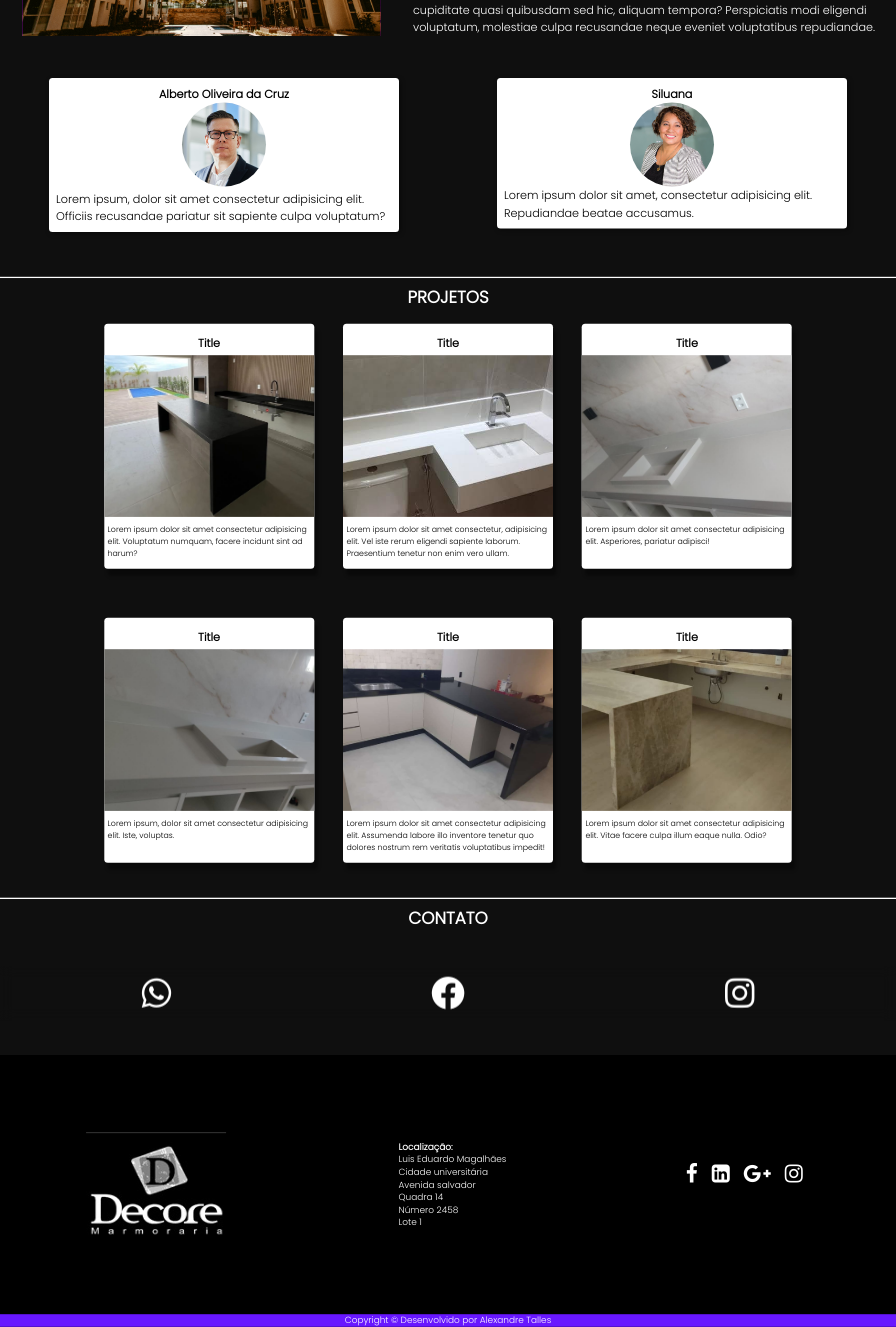
Repository: XFERRER7/projeto-xt7
Page: projetoMarmoraria/index.html
The author's editor kept a copy of each file at every save. The page is drawn from the files as they stood at one save, then again after the next save.
The browser window is 1280 px wide. The pictures show the part of the page from y = 1068 to 2988 px (the page is 2964 px tall before and 2988 px after), at 70% of full size.
Some web libraries are served in a nearby version.

Above is the page before, as saved 2022-05-09 18:42:40.

### projetoMarmoraria/index.html
<!DOCTYPE html>
<html lang="pt-br">

<head>
  <meta charset="UTF-8">
  <meta http-equiv="X-UA-Compatible" content="IE=edge">
  <meta name="viewport" content="width=device-width, initial-scale=1.0">
  <title>Marmoraria Decore</title>
  <link rel="stylesheet" href="css/style.css">
  <link rel="stylesheet" href="https://cdnjs.cloudflare.com/ajax/libs/font-awesome/6.1.1/css/all.min.css"
    integrity="sha512-KfkfwYDsLkIlwQp6LFnl8zNdLGxu9YAA1QvwINks4PhcElQSvqcyVLLD9aMhXd13uQjoXtEKNosOWaZqXgel0g=="
    crossorigin="anonymous" referrerpolicy="no-referrer" />
  <link rel="stylesheet" href="https://cdnjs.cloudflare.com/ajax/libs/font-awesome/6.1.1/css/solid.min.css"
    integrity="sha512-qzgHTQ60z8RJitD5a28/c47in6WlHGuyRvMusdnuWWBB6fZ0DWG/KyfchGSBlLVeqAz+1LzNq+gGZkCSHnSd3g=="
    crossorigin="anonymous" referrerpolicy="no-referrer" />
  <link rel="stylesheet" href="https://cdnjs.cloudflare.com/ajax/libs/font-awesome/4.7.0/css/font-awesome.min.css" />

</head>

<body>

  <!-- ----------------------------------------------------------------------------------------------------------------- -->


  <!-- HEADER -->
  <header>
    <nav>
      <a class="logo" href="#">MARMORARIA <span id="decore">DECORE</span></a>
      <div class="mobile-menu">
        <div class="line1"></div>
        <div class="line2"></div>
        <div class="line3"></div>
      </div>
      <ul class="nav-list">
        <li><a href="#">Início</a></li>
        <li><a href="#">Sobre</a></li>
        <li><a href="#">Projetos</a></li>
        <li><a href="#">Contato</a></li>
      </ul>
    </nav>
    <div class="hero-section">
      <div class="hero-section-text">
        <h1 id="titulo-header">MARMORES SOB MEDIDA</h1>
        <p id="paragrafo-header">Lorem ipsum, dolor sit amet consectetur adipisicing elit.</p>
      </div>
    </div>
  </header>
  <!-- FIM DO HEADER -->


  <!-- ----------------------------------------------------------------------------------------------------------------- -->


  <!-- MAIN -->
  <main>

    <!-- SECTION B -->
    <section class="section-b">
      <h1 id="section-b-h1">SOBRE</h1>


      <!-- SOBRE PARA CELULAR -->
      <div class="cel">
        <div class="card" id="card-1"></div>
        <p class="text-sobre">Lorem ipsum dolor sit amet consectetur adipisicing elit. Aspernatur maxime illo architecto
          repellendus. Voluptatum ab magnam nihil suscipit, error quod iste dicta, quisquam fugiat, veritatis veniam
          aspernatur modi! Commodi aut officia optio reprehenderit hic sunt aspernatur ipsam minus, dicta qui omnis,
          ratione voluptatem quas sint labore. Temporibus id distinctio asperiores natus omnis earum amet. Obcaecati
          atque, a placeat necessitatibus dolorum labore rerum veritatis adipisci unde itaque iusto, voluptate quis
          tenetur voluptatibus doloremque at voluptates commodi! Ex recusandae repellat iste modi sapiente? Minus, ullam
          ad quia pariatur delectus quaerat velit sit labore aspernatur consequuntur possimus ipsum ipsam, vero ea
          expedita in sequi? Consequuntur iusto repellendus minus hic velit eum, veritatis molestias, sequi, laborum
          nisi consequatur. Dolore, amet placeat. Molestias molestiae aperiam soluta voluptatum odit voluptatem atque,
          repellendus asperiores maiores libero. Nulla odio alias reiciendis dolore cum deleniti beatae autem molestias
          earum minima accusamus nesciunt nostrum quos fugiat cupiditate molestiae, veniam doloremque.</p>
      </div>


      <!-- SOBRE PARA TELAS MAIORES -->
      <div class="imgtext">
        <div id="imgtext-img">
          <div id="content-imgtext-img"></div>
        </div>
        <div id="imgtext-text">
          <div id="content-imgtext-text">
            <p id="content-imgtext-text-p">Lorem ipsum dolor sit amet consectetur adipisicing elit. Odio non, itaque
              quae ut voluptas culpa quod amet dignissimos repellat consequuntur atque enim, nobis, commodi rerum. Quae
              iste repellat voluptatibus dignissimos numquam magnam et vel ratione temporibus, esse nihil eveniet a
              aperiam saepe enim debitis provident! Iure a accusantium voluptate doloribus, velit qui eum porro dicta
              ipsam quos facilis, id officiis molestiae est atque tempora, provident itaque explicabo voluptatem fugiat
              neque inventore eligendi. Reprehenderit fugit quod ratione fugiat inventore facere possimus fuga maiores
              recusandae, illum quaerat dolorum unde ipsa dolore asperiores alias nemo temporibus porro quam autem
              voluptate cumque velit optio nulla. Recusandae repudiandae aliquid explicabo veniam nisi illum numquam
              sequi quisquam aperiam, reprehenderit molestiae, cum animi itaque quo nesciunt facere cupiditate quasi
              quibusdam sed hic, aliquam tempora? Perspiciatis modi eligendi voluptatum, molestiae culpa recusandae
              neque eveniet voluptatibus repudiandae.</p>
          </div>
        </div>

      </div>

      <div class="container-about-person">

        <div class="about-person">
          <h4>Alberto Oliveira da Cruz</h4>
          <div class="img-person" id="person-1"></div>
          <p class="p-about-person">Lorem ipsum, dolor sit amet consectetur adipisicing elit. Officiis recusandae
            pariatur sit sapiente culpa voluptatum?</p>
        </div>

        <div class="about-person">
          <h4>Siluana</h4>
          <div class="img-person" id="person-2"></div>
          <p>Lorem ipsum dolor sit amet, consectetur adipisicing elit. Repudiandae beatae accusamus.</p>
        </div>

      </div>
    </section>


    <div class="divisa"></div>


    <!-- SECTION A -->
    <section class="section-a">
      <h1 id="section-a-h1">PROJETOS</h1>

      <!-- Container dos cards -->
      <div class="container-cards-main">

        <!-- Card 1 -->
        <div class="card-main">
          <h4 class="title-card">Title</h4>
          <div id="card-img-1"></div>
          <p class="descricao-card">Lorem ipsum dolor sit amet consectetur adipisicing elit. Voluptatum numquam, facere
            incidunt sint ad harum?</p>
        </div>

        <!-- Card 2 -->
        <div class="card-main">
          <h4 class="title-card">Title</h4>
          <div id="card-img-2"></div>
          <p class="descricao-card">Lorem ipsum dolor sit amet consectetur, adipisicing elit. Vel iste rerum eligendi
            sapiente laborum. Praesentium tenetur non enim vero ullam.</p>
        </div>

        <!-- Card 3 -->
        <div class="card-main">
          <h4 class="title-card">Title</h4>
          <div id="card-img-3"></div>
          <p class="descricao-card">Lorem ipsum dolor sit amet consectetur adipisicing elit. Asperiores, pariatur
            adipisci!</p>
        </div>

        <!-- Card 4 -->
        <div class="card-main">
          <h4 class="title-card">Title</h4>
          <div id="card-img-4"></div>
          <p class="descricao-card">Lorem ipsum, dolor sit amet consectetur adipisicing elit. Iste, voluptas.</p>
        </div>

        <!-- Card 5 -->
        <div class="card-main">
          <h4 class="title-card">Title</h4>
          <div id="card-img-5"></div>
          <p class="descricao-card">Lorem ipsum dolor sit amet consectetur adipisicing elit. Assumenda labore illo
            inventore tenetur quo dolores nostrum rem veritatis voluptatibus impedit!</p>
        </div>

        <!-- Card 6 -->
        <div class="card-main">
          <h4 class="title-card">Title</h4>
          <div id="card-img-6"></div>
          <p class="descricao-card">Lorem ipsum dolor sit amet consectetur adipisicing elit. Vitae facere culpa illum
            eaque nulla. Odio?</p>
        </div>
      </div>
    </section>



    <div class="divisa"></div>


    <!-- SECTION C -->
    <section class="section-c">
      <h1 id="section-c-h1">CONTATO</h1>
      <div id="main-div-img">
        <i class="fa-brands fa-whatsapp"></i>
        <i class="fa-brands fa-facebook"></i>
        <i class="fa-brands fa-instagram"></i>
      </div>
    </section>

  </main>
  <!-- FIM DO MAIN -->

  <!-- ----------------------------------------------------------------------------------------------------------------- -->

  <footer>
    <div class="container-footer">

      <div class="footer-up">
        <div class="footer-a block-footer-up">
          <div id="img-footer"></div>
        </div>
        <div class="footer-b block-footer-up">
          <h4>Localização:</h4>
          <p class="footer-b-p">Luis Eduardo Magalhães</p>
          <p class="footer-b-p">Cidade universitária</p>
          <p class="footer-b-p">Avenida salvador</p>
          <p class="footer-b-p">Quadra 14</p>
          <p class="footer-b-p">Número 2458</p>
          <p class="footer-b-p">Lote 1</p>
        </div>
        <div class="footer-c block-footer-up">
          <ul class="footer-c-list">
            <li><a href="#" class="medias"><i class="fa fa-facebook"></i></a></li>
            <li><a href="#" class="medias"><i class="fa fa-linkedin-square"></i></a></li>
            <li><a href="#" class="medias"><i class="fa fa-google-plus"></i></a></li>
            <li><a href="#" class="medias"><i class="fa fa-instagram"></i></a></li>
          </ul>
        </div>
      </div>

      <div id="footer-sub">
        <p>Copyright &copy; Desenvolvido por <span>Alexandre Talles</span></p>
      </div>






    </div>
  </footer>
  <script src="js/menu-bar.js"></script>
  <script src="js/changeText.js"></script>

</body>

</html>

### projetoMarmoraria/css/style.css
@import url('https://fonts.googleapis.com/css2?family=Poppins:ital,wght@0,300;1,100&display=swap');
@import url('https://fonts.googleapis.com/css2?family=Barlow:ital,wght@1,500&display=swap');

* {
  margin: 0;
  padding: 0;
  box-sizing: border-box;
  font-family: 'Poppins', sans-serif;
}

body {
  background-color: #0f0f0f;
  color: #ffffff;
}

::-webkit-scrollbar {
  width: 15px;
}

::-webkit-scrollbar-track {
  background: #000000;

}

::-webkit-scrollbar-thumb {
  background: rgb(154, 2, 255);
  border-radius: 3px;
}

/*----------------------------------MENU-BAR----------------------------------*/
nav a {
  color: rgb(37, 37, 37);
  text-decoration: none;
  transition: 0.8s;
}

nav a:hover {
  color: blue;
  opacity: 0.7;
}

.logo {
  font-size: 1.5em;
  text-transform: uppercase;
  color: rgb(26, 26, 26);
}

#decore {
  font-family: 'Barlow', sans-serif;
  color: #6817ff;
}

nav {
  display: flex;
  justify-content: space-around;
  align-items: center;
  font-family: 'Poppins', sans-serif;
  background: #ededed;
  height: 10vh;
  position: sticky;
  top: 0;
}


.nav-list {
  list-style: none;
  display: flex;
}

.nav-list li {
  letter-spacing: 3px;
  margin-left: 32px;
}

.mobile-menu {
  display: none;
  cursor: pointer;
}

.mobile-menu div {
  width: 32px;
  height: 2px;
  background: rgb(20, 24, 255);
  margin: 8px;
  transition: 0.3s;
}

@media (max-width: 999px) {
  body {
    overflow-x: hidden;
  }

  .nav-list {
    overflow-x: hidden;
    position: fixed;
    top: 10vh;
    right: 0;
    width: 50vw;
    height: 40vh;
    background: #ededed;
    flex-direction: column;
    align-items: center;
    justify-content: space-around;
    transform: translateX(100%);
    transition: transform 0.3s ease-in;
  }

  .nav-list li {
    margin-left: 0;
    opacity: 0;
  }

  .mobile-menu {
    display: block;
  }
}

@media (max-width: 300px) {
  .logo {
    font-size: 0.8rem;
  }
}

.nav-list.active {
  transform: translateX(0);
}

@keyframes navLinkFade {
  from {
    opacity: 0;
    transform: translateX(50px);
  }

  to {
    opacity: 1;
    transform: translateX(0);
  }
}

.mobile-menu.active .line1 {
  transform: rotate(-45deg) translate(-8px, 8px);
}

.mobile-menu.active .line2 {
  opacity: 0;
}

.mobile-menu.active .line3 {
  transform: rotate(45deg) translate(-5px, -7px);
}

/*------------------------------IMAGEM DO HEADER------------------------------*/
.hero-section {
  background-image: linear-gradient(to bottom, rgba(0, 0, 0, 0.516), rgba(0, 0, 0, 0.516)), url(../img/img-header.jpg);
  background-position: 50%;
  background-repeat: no-repeat;
  background-size: cover;
  height: 90vh;
  text-align: center;
  display: -webkit-flex;
  display: -ms-flexbox;
  display: flex;
  -webkit-align-items: center;
  -ms-flex-align: center;
  align-items: center;
  -webkit-justify-content: center;
  -ms-flex-pack: center;
  justify-content: center;
}

#titulo-header {
  font-size: 2.3rem;
}

#paragrafo-header {
  font-size: 0.8rem;
}

.hero-section .hero-section-text {
  color: #fefefe;
  text-shadow: 1px 1px 2px #0a0a0a;
}


main {
  margin: 0;
  padding: 0;
  width: 100%;
}

/*------------------------------------Sobre------------------------------------*/

.section-b {
  background-color: #0f0f0f;
  color: #ffffff;
  margin-bottom: 5%;
}

#section-b-h1 {
  text-align: center;
  padding-top: 10px;
}

.imgtext {
  display: flex;
  margin-top: 10px;
  margin-bottom: 10px;
  height: 55%;
  margin-top: 30px;
}

#imgtext-img {
  width: 50%;
}

#imgtext-text {
  height: 100%;
  width: 50%;

}

#content-imgtext-img {
  background-color: #cd06ff;
  background-image: url(../img/img-sobre.jpg);
  background-position: center;
  background-repeat: no-repeat;
  background-size: cover;
  height: 100%;
  width: 80%;
  margin-left: 5%;
}

#content-imgtext-text {
  margin-left: -50px;
}



@media (max-width: 999px) {

  .imgtext {
    display: none;
  }

  div.card {
    width: 90%;
    height: 250px;
    background-color: #000000;
    margin: 10px 20px 0px 0px;
    background-size: cover;
    background-position: center center;
    border-radius: 5px;
  }

  div.card:hover {
    transform: scale(1.05);
    transition: all 0.5s ease-in-out;
  }

  #card-1 {
    background-image: url(../img/img-sobre.jpg);
    margin-left: 20px;
  }

  .text-sobre {
    padding: 1.2rem;
    margin: auto;
  }


}

@media (min-width: 999px) {
  .card {
    display: none;
  }

  .cel {
    display: none;
  }

}

.divisa {
  height: 2px;
  background-color: #ffffff;
}

.container-about-person {
  display: flex;
  flex-wrap: wrap;
  margin-top: 45px;
}

.about-person {
  background-color: #ffffff;
  color: #000000;
  box-shadow: 2px 2px 8px rgba(0, 0, 0, 0.438);
  border-radius: 5px;
  min-height: 200px;
  width: 500px;
  margin: auto;
  display: flex;
  align-items: center;
  justify-content: center;
  flex-direction: column;
  padding: 10px;
  margin-top: 15px;
}

.img-person {
  background-position: center top;
  background-repeat: no-repeat;
  background-size: cover;
  border-radius: 50%;
  width: 120px;
  height: 120px;
}

.p-about-person {
  margin-top: 5px;
}

/*Arrumar img-person*/

#person-1 {
  background-image: url(../img/ceo-1.jpg);
}

#person-2 {
  background-image: url(../img/ceo-2.jpg);
  background-position: center;
}

/*------------------------------Projetos------------------------------*/

.section-a {
  background-color: #0f0f0f;
}

#section-a-h1 {
  text-align: center;
  padding-top: 10px;
}

.container-cards-main {
  width: 80%;
  margin: auto;
  display: flex;
  flex-wrap: wrap;
}

.card-main {
  height: 350px;
  background-color: rgb(255, 255, 255);
  color: #000000;
  width: 300px;
  margin: 20px auto;
  margin-bottom: 50px;
  border-radius: 5px;
  padding: 10px 0px 10px 0px;
  box-shadow: 5px 10px 5px rgba(0, 0, 0, 0.404);
  transition: all 0.8s ease;

}

.card-main:hover {
  transform: scale(1.03);
}


.title-card {
  padding: 5px;
  text-align: center;
}

.descricao-card {
  padding: 10px 5px 10px 5px;
  font-size: 0.7rem;

}

#card-img-1 {
  height: 70%;
  background-image: url(../img/1.jpeg);
  background-position: center center;
  background-repeat: no-repeat;
  background-size: cover;
}

#card-img-2 {
  height: 70%;
  background-image: url(../img/2.jpeg);
  background-position: center center;
  background-repeat: no-repeat;
  background-size: cover;
}

#card-img-3 {
  height: 70%;
  background-image: url(../img/3.jpeg);
  background-position: center center;
  background-repeat: no-repeat;
  background-size: cover;
}

#card-img-4 {
  height: 70%;
  background-image: url(../img/4.jpeg);
  background-position: bottom center;
  background-repeat: no-repeat;
  background-size: cover;
}

#card-img-5 {
  height: 70%;
  background-image: url(../img/5.jpeg);
  background-position: center center;
  background-repeat: no-repeat;
  background-size: cover;
}

#card-img-6 {
  height: 70%;
  background-image: url(../img/6.jpeg);
  background-position: center center;
  background-repeat: no-repeat;
  background-size: cover;
}

@media (max-width: 999px) {
  .card-main {
    height: 450px;
    width: 400px;


  }

}

/*-----------------------------------Contato-----------------------------------*/

.section-c {
  background-color: #0f0f0f;

}

#section-c-h1 {
  text-align: center;
  padding-top: 10px;
  margin-bottom: 50px;
}

#main-div-img {
  display: grid;
  grid-template-columns: repeat(3, 1fr);
  font-size: 3rem;
  justify-items: center;
  padding: 15px;
  margin-bottom: 50px;
  backdrop-filter: blur(10px);
  -webkit-backdrop-filter: blur(5px);
}

.div-img {
  display: inline-block;
  width: 25%;
  text-align: center;
}

.div-linha {
  height: 2px;
  width: 100%;
}

.media {
  text-align: center;
}

/*-----------------------------------Footer-----------------------------------*/

.container-footer {
  background-color: #000000;
  color: #fff;
  font-size: 0.8rem;
  display: flex;
  align-items: center;
  justify-content: center;
  flex-direction: column;
}

.footer-up {
  background-color: #000000;
  height: 98%;
  width: 100%;
  display: flex;
  align-items: center;
  flex-direction: row;
}

.block-footer-up {
  padding: 10px;
  margin: 100px auto;
}

#footer-sub {
  background-color: #6817ff;
  width: 100%;
  text-align: center;
}

#img-footer {
  background-image: url(../img/img-footer.jpeg);
  background-repeat: no-repeat;
  background-position: center;
  background-size: cover;
  height: 150px;
  width: 200px;
}

.footer-c-list {
  list-style: none;
  display: flex;
  align-items: center;
  justify-content: center;
  margin: 1rem 0 3rem 0;
}

.footer-c-list li {
  margin: 0 10px;
}

.footer-c-list a {
  color: #ffffff;
  text-decoration: none;
}

.footer-c-list a:hover i {
  color: #f01872;
  transition: 0.5s ease;
}

.medias {
  font-size: 30px;
}

@media (max-width: 999px) {
  .footer-up {
    flex-direction: column;
  }

  .block-footer-up {
    padding: 10px;
    margin: 10px auto;
  }

}

### projetoMarmoraria/js/menu-bar.js
class MobileNavbar {
  constructor(mobileMenu, navList, navLinks) {
    this.mobileMenu = document.querySelector(mobileMenu);
    this.navList = document.querySelector(navList);
    this.navLinks = document.querySelectorAll(navLinks);
    this.activeClass = "active";

    this.handleClick = this.handleClick.bind(this);
  }

  animateLinks() {
    this.navLinks.forEach((link, index) => {
      link.style.animation
        ? (link.style.animation = "")
        : (link.style.animation = `navLinkFade 0.5s ease forwards ${
            index / 7 + 0.3
          }s`);
    });
  }

  handleClick() {
    this.navList.classList.toggle(this.activeClass);
    this.mobileMenu.classList.toggle(this.activeClass);
    this.animateLinks();
  }

  addClickEvent() {
    this.mobileMenu.addEventListener("click", this.handleClick);
  }

  init() {
    if (this.mobileMenu) {
      this.addClickEvent();
    }
    return this;
  }
}

const mobileNavbar = new MobileNavbar(
  ".mobile-menu",
  ".nav-list",
  ".nav-list li",
);
mobileNavbar.init();

### projetoMarmoraria/js/changeText.js
function mudarTextoLbl1() {
  document.getElementById('descricao').textContent = "Lorem ipsum dolor sit amet consectetur adipisicing elit. Hic, nisi exercitationem harum officia facilis nihil vitae eligendi provident architecto quis quod unde quas incidunt assumenda corporis iste repudiandae esse voluptatibus?";
}
function mudarTextoLbl2() {
  document.getElementById('descricao').textContent = "Lorem ipsum dolor sit, amet consectetur adipisicing elit. Sapiente distinctio ipsa incidunt non exercitationem laboriosam animi id accusamus placeat, commodi, veniam rerum ut! Fugiat tenetur unde nihil minima fuga veniam odio nulla pariatur eum reiciendis.";
}
function mudarTextoLbl3() {
  document.getElementById('descricao').textContent = "Lorem ipsum dolor sit amet consectetur adipisicing elit. Quas nisi saepe nobis? Maxime blanditiis illo animi tempora maiores expedita qui eum, iusto, ratione odit quia repellendus delectus voluptate nobis nam tenetur, officiis magnam quisquam fugiat dicta nisi id natus. Magnam.";
}
function mudarTextoLbl4() {
  document.getElementById('descricao').textContent = "Lorem ipsum dolor sit amet, consectetur adipisicing elit. Quos eius dolor libero iste impedit nesciunt animi totam corporis id quod.";
}
function mudarTextoLbl5() {
  document.getElementById('descricao').textContent = "Lorem ipsum dolor sit amet, consectetur adipisicing elit. Obcaecati nulla quos quia? Consectetur laudantium illum asperiores excepturi. Itaque ab, rem tempore ullam, fugit aspernatur est alias quaerat expedita nulla, unde recusandae dolore quidem reiciendis atque?";
}

After the next save:
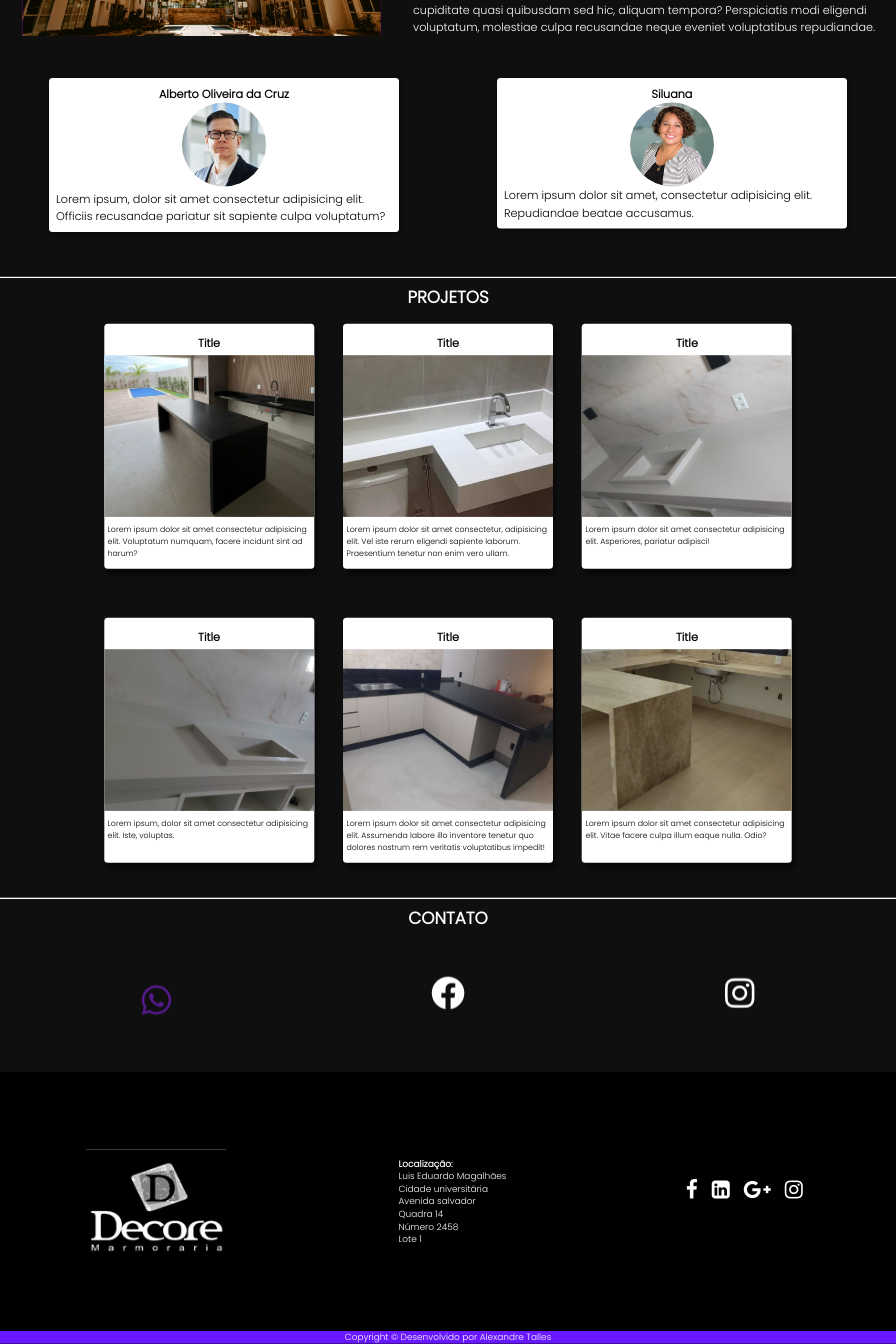
Saved 21 s later.
--- a/projetoMarmoraria/index.html
+++ b/projetoMarmoraria/index.html
@@ -186,7 +186,7 @@
     <section class="section-c">
       <h1 id="section-c-h1">CONTATO</h1>
       <div id="main-div-img">
-        <i class="fa-brands fa-whatsapp"></i>
+        <a href=""><i class="fa-brands fa-whatsapp"></i></a>
         <i class="fa-brands fa-facebook"></i>
         <i class="fa-brands fa-instagram"></i>
       </div>
